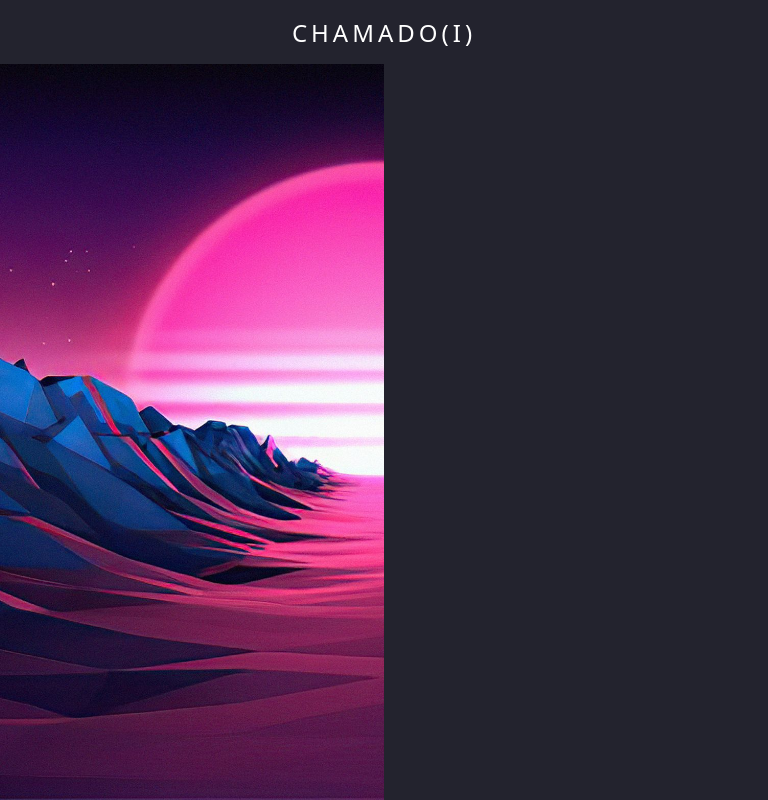
Repository: isaquemc2001/isaque-utilities
Page: index.html
The author's editor kept a copy of each file at every save. The page is drawn from the files as they stood at one save, then again after the next save.
The browser window is 768 px wide. The pictures show the whole page.

Above is the page before, as saved 2021-10-28 09:22:57.

### index.html
<!DOCTYPE html>
<html lang="pt-br">

<head>
    <meta charset="UTF-8">
    <meta http-equiv="X-UA-Compatible" content="IE=edge">
    <meta name="viewport" content="width=device-width, initial-scale=1.0">
    <title>Chamado</title>

    <link rel="stylesheet" href="style.css">
</head>

<body>

    <header>
        <nav>
            <a class="logo" href="#">Chamado(i)</a>
            <div class="mobile-menu">
                <div class="line1"></div>
                <div class="line2"></div>
                <div class="line3"></div>
            </div>
            <ul class="nav-list">
                <li><a href="#">Inicio</a></li>
                <li><a href="#">Cadastro</a></li>
                <li><a href="#">Sair</a></li>
            </ul>
        </nav>
    </header>

    <main></main>

</body>

</html>

### style.css
*{
    margin: 0;
    padding: 0;
}

a {
    color: white;
    text-decoration: none;
    transition: 0.3s;
}

a:hover{
    opacity: 0.7;
}

.logo{
    font-size: 24px;
    text-transform: uppercase;
    letter-spacing: 4px;
}

nav{
    display: flex;
    justify-content: space-around;
    align-items: center;
    font-family: system-ui, -apple-system, Helvetica, Arial, sans-serif;
    background: #23232e;
    height: 8vh;
}

main{
    background: url("bg.jpg") no-repeat center center;
    background-size: cover;
    height: 92vh;
}

.nav-list{
    list-style: none;
    display: flex;
}

.nav-list li{
    letter-spacing: 3px;
    margin-left: 32px;
}

.mobile-menu {
    display: none;
    cursor: pointer;
}

.mobile-menu div {
    width: 32px;
    height: 2px;
    background: #fff;
    margin: 8px;
}

@media (max-width: 999px) {
    .nav-list {
        position: absolute;
        top: 8vh;
        right: 0;
        width: 50vw;
        height: 92vh;
        background: #23232e;
        flex-direction: column;
        align-items: center;
    }
    .nav-list li{
        margin-left: 0;
        opacity: 0;
        letter-spacing: 3px;
        margin-top: 32px;
    }
}

After the next save:
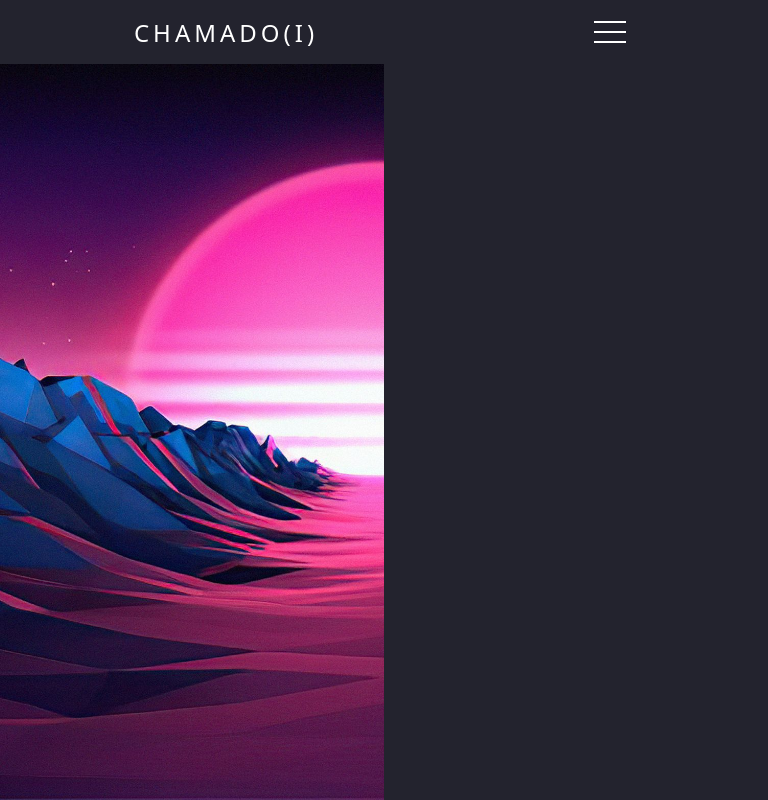
Saved 62 s later.
--- a/style.css
+++ b/style.css
@@ -73,4 +73,7 @@ main{
         letter-spacing: 3px;
         margin-top: 32px;
     }
+    .mobile-menu {
+        display: block;
+    }
 }
